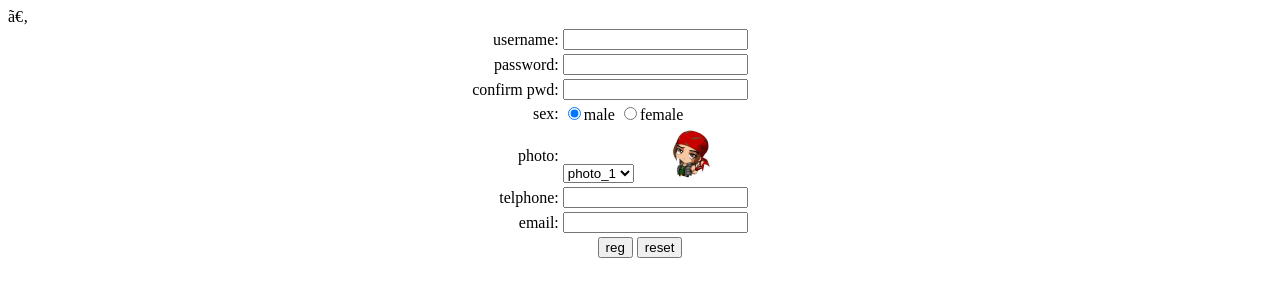
Repository: GetHubByYc/MyEclipse
Page: http://localhost/CheckLogin/reg.jsp
These files come from the project's save history. The page is drawn as it stood at one moment and after the next save; the edit follows.
The browser window is 1280 px wide. The pictures show the whole page.
The page is served by Tomcat 9. Nobody is signed in. The application's start-up code is not run. Other server files are loaded and not shown.

Above is the page before, as saved 2015-11-14 02:59:35.

### CheckLogin/WebRoot/reg.jsp
 。<%@ page language="java" import="java.util.*" pageEncoding="ISO-8859-1"%>

<!DOCTYPE HTML PUBLIC "-//W3C//DTD HTML 4.01 Transitional//EN">
<html>
  <head>
    <title>My JSP 'reg.jsp' starting page</title>

	<meta http-equiv="pragma" content="no-cache">
	<meta http-equiv="cache-control" content="no-cache">
	<meta http-equiv="expires" content="0">
	<meta http-equiv="keywords" content="keyword1,keyword2,keyword3">
	<meta http-equiv="description" content="This is my page">
	<!--
	<link rel="stylesheet" type="text/css" href="styles.css">
	-->
 <script type="text/javascript">
	function change(){
		var op1 = document.getElementById("photo_img");
		var photo = document.getElementById("photo");
		var index=photo.selectedIndex ;
		op1.setAttribute("src", photo.options[index].value);
	}
</script>
  </head>

  <body>
  <form action="servlet/RegServlet" method="post" onSubmit="return reg(this);">
    <table align="center" width="450" border="0">
    	<tr>
    		<td align="right">username:</td>
    		<td><input type="text" name="username" ></td>
    	</tr>
    	<tr>
    		<td align="right">password:</td>
    		<td><input type="text" name="pwd" ></td>
    	</tr>
    	<tr>
    		<td align="right">confirm pwd:</td>
    		<td><input type="text" name="repwd" ></td>
    	</tr>
    	<tr>
    		<td align="right">sex:</td>
    		<td>
    			<input type="radio" name="sex" value="male" checked="checked">male
    			<input type="radio" name="sex" value="fmale">female
    		</td>

    	</tr>
    	<tr>
    		<td align="right">photo:</td>
    		<td>
    			<select name="photo" id="photo" onchange="change();">
    				<option value="images/avatar_Dante_small1.jpg" selected="selected">photo_1</option>
    				<option value="images/avatar_Go_small1.jpg">photo_2</option>
    			</select>
    			<img id="photo_img" style="width:50px;height:50px;position:relative;left:30px" src="images/avatar_Dante_small1.jpg"/>
    		</td>
    	</tr>
    	<tr>
    		<td align="right">telphone:</td>
    		<td><input type="text" name="tel" ></td>
    	</tr>
    	<tr>
    		<td align="right">email:</td>
    		<td><input type="text" name="email" ></td>
    	</tr>
    	<tr>
    		<td colspan="2" align="center">
    			<input type="submit" value="reg">
    			<input type="reset" value="reset">
    		</td>
    	</tr>
    </table>
    </form>
  </body>
</html>

After the next save:
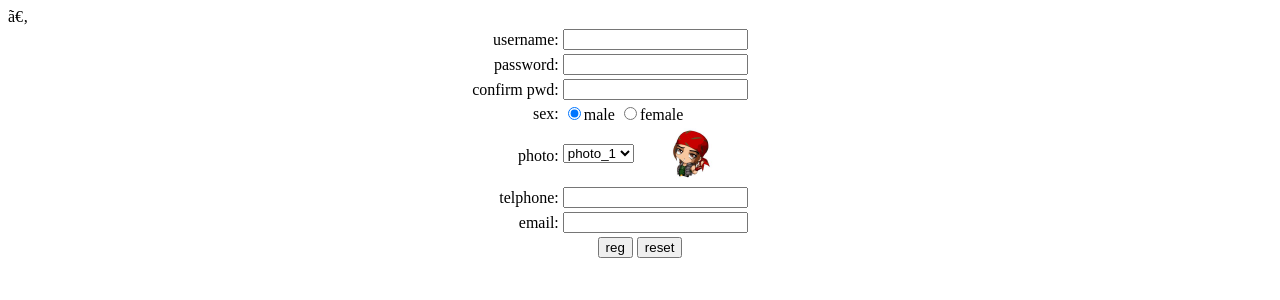
Saved 35 s later.
--- a/CheckLogin/WebRoot/reg.jsp
+++ b/CheckLogin/WebRoot/reg.jsp
@@ -49,7 +49,7 @@
     	<tr>
     		<td align="right">photo:</td>
     		<td>
-    			<select name="photo" id="photo" onchange="change();">
+    			<select name="photo" id="photo" onchange="change();" style="position:relative;top:-20px">
     				<option value="images/avatar_Dante_small1.jpg" selected="selected">photo_1</option>
     				<option value="images/avatar_Go_small1.jpg">photo_2</option>
     			</select>
